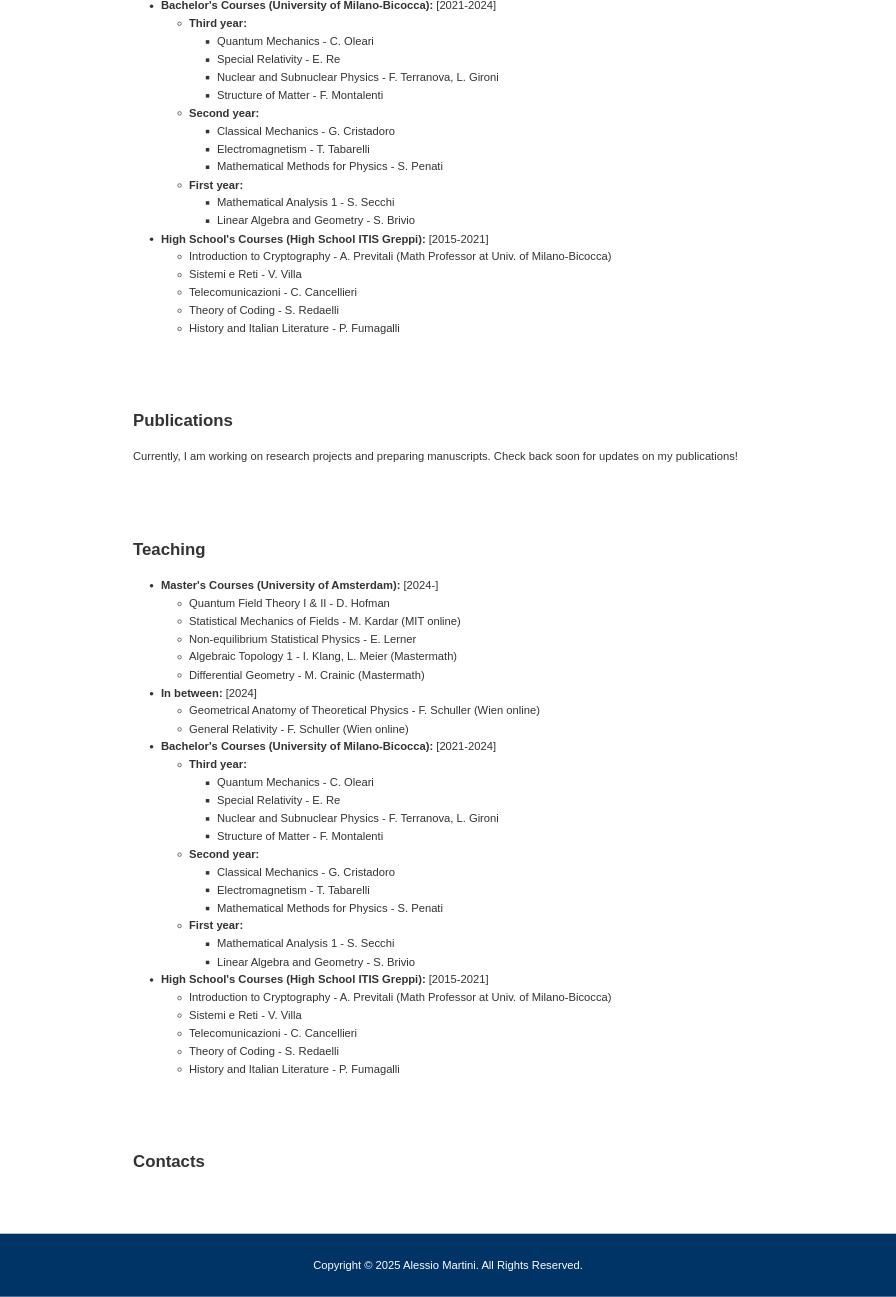
Repository: alessiomartini/alessiomartini.github.io
Page: index.html
These files come from the project's save history. The page is drawn as it stood at one moment and after the next save; the edit follows.
The browser window is 1280 px wide. The pictures show the part of the page from y = 828 to 2748 px (the page is 2681 px tall before and 2748 px after), at 70% of full size.

Above is the page before, as saved 2025-01-17 19:01:35.

After the next save:
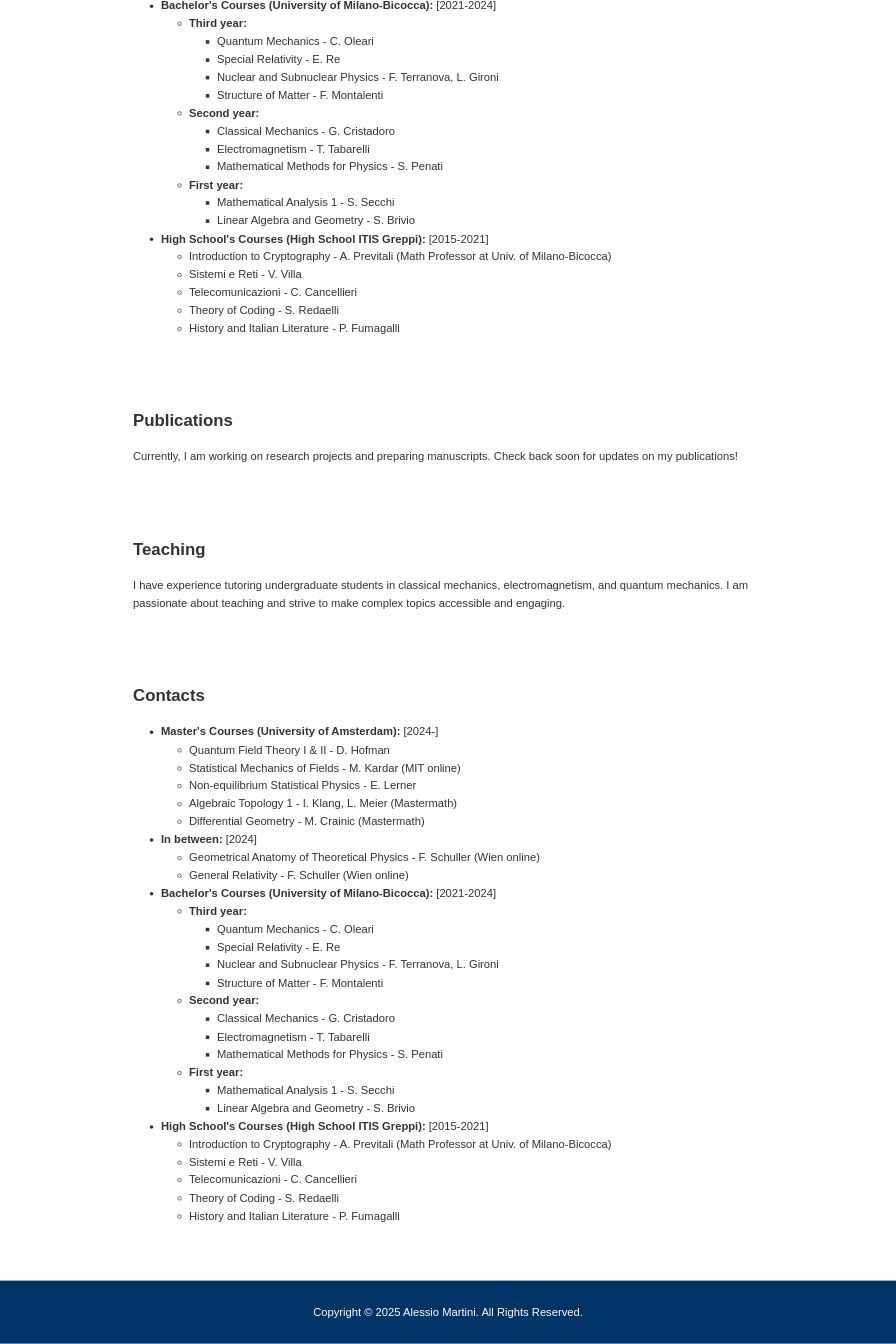
Saved 4 s later.
--- a/index.html
+++ b/index.html
@@ -128,7 +128,7 @@
     loadContent("courses.txt", "courses-list");
     loadContent("publications.txt", "publications-text");
     loadContent("teaching.txt", "teaching-text");
-    loadContent("contacts.txt", "teaching-text");
+    loadContent("contacts.txt", "contacts-text");
 </script>
 </body>
 </html>
